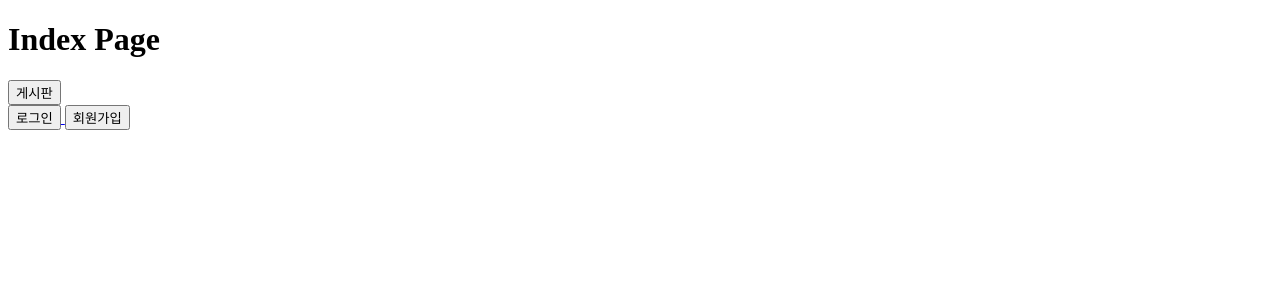
Repository: novemberjj/jsp
Page: http://localhost/jsp_project4/mem/login_auth
These files come from the project's save history. The page is drawn as it stood at one moment and after the next save; the edit follows.
The browser window is 1280 px wide. The pictures show the whole page.
The page is served by Tomcat 9. Queries for data that is not in the repository find no rows.

Above is the page before, as saved 2023-05-30 02:11:05.

After the next save:
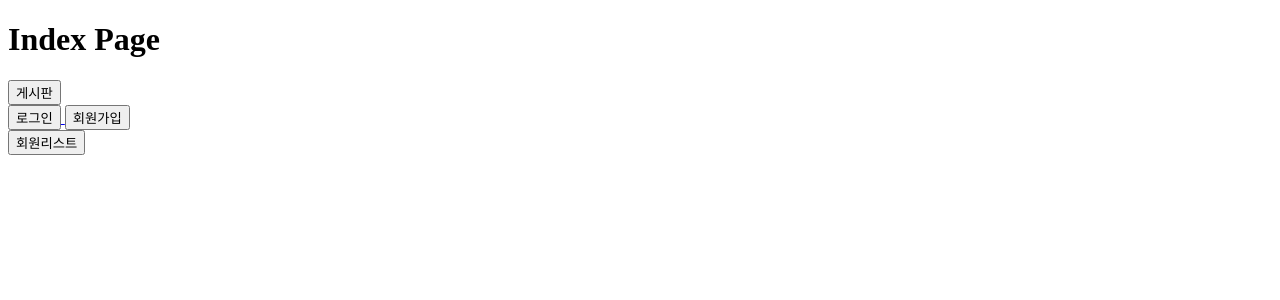
Saved 100 s later.
--- a/jsp_project4/jsp_project4/src/main/webapp/index.jsp
+++ b/jsp_project4/jsp_project4/src/main/webapp/index.jsp
@@ -25,7 +25,9 @@ ${ses.id }님은 ${ses.age }세 입니다. <br>
 
 <a href="/brd/page"><button>게시판</button></a> <br>
 <a href="/mem/login"> <button type="button">로그인</button> </a>
-<a href="/mem/join"> <button type="button">회원가입</button> </a>
+<a href="/mem/join"> <button type="button">회원가입</button> </a> <br>
+<a href="/mem/list"> <button type="button">회원리스트</button> </a>
+
 
 <script type="text/javascript">
 const msg_login=`<c:out value="${msg_login}" />`;
